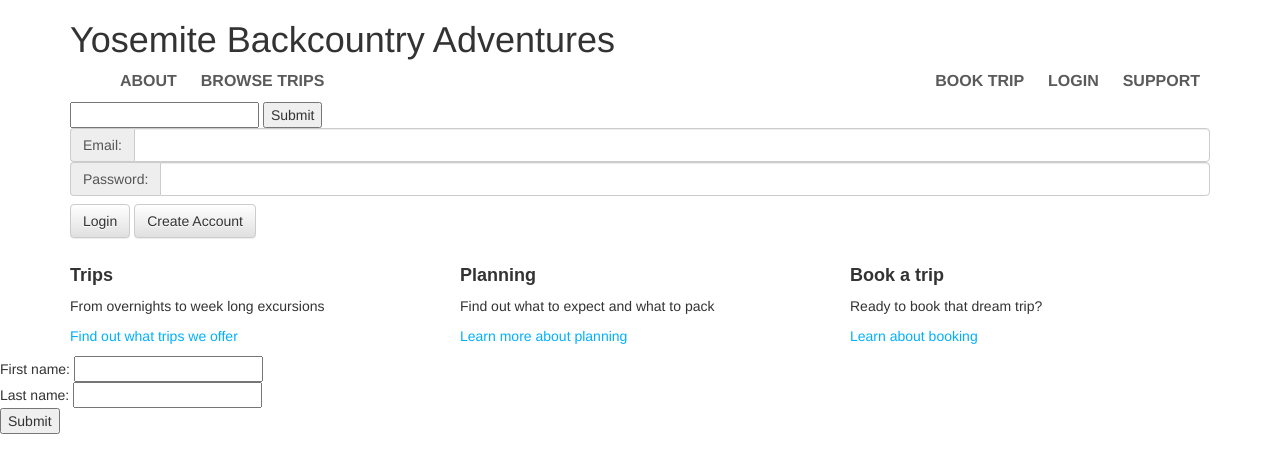
Repository: nageek17/eadventures
Page: http://localhost/login.php
The author's editor kept a record of every edit. The page is drawn from the files as they stood at one moment, then again after the next edit.
The browser window is 1280 px wide. The pictures show the whole page.
Some web libraries are served in a nearby version. The page is run by PHP 8.4 with error messages shown; the project is at /var/www/html/.

Above is the page before.
Console error (its wording comes from the project's code and is left out).

### login.php
<?php
    include ('header.php');
?>

    <div class="container">
        <form action= '' method="post" >
            <input type="text" name=""/>
            <input type="submit" value="Submit"/>
        </form>
        <div class="input-group">
            <span class="input-group-addon">Email:</span> <input class="form-control" type="text">
        </div>

        <div class="input-group">
            <span class="input-group-addon">Password:</span> <input class="form-control" type="text">
        </div>

        <button class="btn btn-default navbar-btn" type="submit">Login</button>
        <button class="btn btn-default navbar-btn" type="button">Create Account</button>
        </form>

    </div>


<?php
    include ('footer.php');
?>


<form action="demo_form.asp" method="get">
  First name: <input type="text" name="fname"><br>
  Last name: <input type="text" name="lname"><br>
  <input type="submit" value="Submit">
</form>

### header.php
<!DOCTYPE html>
<html>
  <head>


    <link rel="stylesheet" href="//netdna.bootstrapcdn.com/bootstrap/3.1.1/css/bootstrap.min.css">
    <link rel="stylesheet" href="//netdna.bootstrapcdn.com/bootstrap/3.1.1/css/bootstrap-theme.min.css">

    <link rel="stylesheet" href="css/main.css">

    <title>eAdventures</title>

  </head>

<body>
    <div class="nav">
      <div class="container">
        <h1 class='heading'>Yosemite Backcountry Adventures</h1>
        <ul class="pull-left" class="active">
          <li><a href="home.php">about</a></li>
          <li><a href="products.php">Browse Trips</a></li>
        </ul>
        <ul class="pull-right">
          <li><a href="booking.html">Book trip</a></li>
          <li><a href="login.html">Login</a></li>
          <li><a href="support.html">Support</a></li>
        </ul>
      </div>
    </div>

### footer.php


<div class="learn-more">
	  <div class="container">
		<div class='row'>
	      <div class='col-md-4'>
			<h3>Trips</h3>
			<p>From overnights to week long excursions</p>
			<p><a href="products.php">Find out what trips we offer</a></p>
	      </div>
		  <div class='col-md-4'>
			<h3>Planning</h3>
			<p>Find out what to expect and what to pack</p>
			<p><a href="faq.php">Learn more about planning</a></p>
		  </div>
		  <div class='col-md-4'>
			<h3>Book a trip</h3>
			<p>Ready to book that dream trip?</p>
			<p><a href="booking.php">Learn about booking</a></p>
		  </div>
	    </div>
	  </div>
	</div>
</div>


<script type="text/javascript" src="jcart/js/jquery-1.4.4.min.js"></script>
<script type="text/javascript" src="jcart/js/jcart.min.js"></script>
<script src="https://maxcdn.bootstrapcdn.com/bootstrap/3.2.0/js/bootstrap.min.js"></script>

</body>
</html>

### jcart/config-loader.php
<?php

// jCart v1.3
// http://conceptlogic.com/jcart/

// By default, this file returns the $config array for use with PHP scripts
// If requested via Ajax, the array is encoded as JSON and echoed out to the browser

// Don't edit here, edit config.php
include_once('config.php');

// Use default values for any settings that have been left empty
if (!$config['currencyCode']) $config['currencyCode']                     = 'USD';
if (!$config['text']['cartTitle']) $config['text']['cartTitle']           = 'Shopping Cart';
if (!$config['text']['singleItem']) $config['text']['singleItem']         = 'Item';
if (!$config['text']['multipleItems']) $config['text']['multipleItems']   = 'Items';
if (!$config['text']['subtotal']) $config['text']['subtotal']             = 'Subtotal';
if (!$config['text']['update']) $config['text']['update']                 = 'update';
if (!$config['text']['checkout']) $config['text']['checkout']             = 'checkout';
if (!$config['text']['checkoutPaypal']) $config['text']['checkoutPaypal'] = 'Checkout with PayPal';
if (!$config['text']['removeLink']) $config['text']['removeLink']         = 'remove';
if (!$config['text']['emptyButton']) $config['text']['emptyButton']       = 'empty';
if (!$config['text']['emptyMessage']) $config['text']['emptyMessage']     = 'Your cart is empty!';
if (!$config['text']['itemAdded']) $config['text']['itemAdded']           = 'Item added!';
if (!$config['text']['priceError']) $config['text']['priceError']         = 'Invalid price format!';
if (!$config['text']['quantityError']) $config['text']['quantityError']   = 'Item quantities must be whole numbers!';
if (!$config['text']['checkoutError']) $config['text']['checkoutError']   = 'Your order could not be processed!';

if ($_GET['ajax'] == 'true') {
	header('Content-type: application/json; charset=utf-8');
	echo json_encode($config);
}
?>

### jcart/config.php
<?php

// jCart v1.3
// http://conceptlogic.com/jcart/

// Do NOT store any sensitive info in this file!!!
// It's loaded into the browser as plain text via Ajax


////////////////////////////////////////////////////////////////////////////////
// REQUIRED SETTINGS

// Path to your jcart files
$config['jcartPath']              = 'jcart/';

// Path to your checkout page
$config['checkoutPath']           = 'checkout.php';

// The HTML name attributes used in your item forms
$config['item']['id']             = 'my-item-id';    // Item id
$config['item']['name']           = 'my-item-name';    // Item name
$config['item']['price']          = 'my-item-price';    // Item price
$config['item']['qty']            = 'my-item-qty';    // Item quantity
$config['item']['url']            = 'my-item-url';    // Item URL (optional)
$config['item']['add']            = 'my-add-button';    // Add to cart button

// Your PayPal secure merchant ID
// Found here: https://www.paypal.com/webapps/customerprofile/summary.view
$config['paypal']['id']           = 'seller_1282188508_biz@conceptlogic.com';

////////////////////////////////////////////////////////////////////////////////
// OPTIONAL SETTINGS

// Three-letter currency code, defaults to USD if empty
// See available options here: http://j.mp/agNsTx
$config['currencyCode']           = '';

// Add a unique token to form posts to prevent CSRF exploits
// Learn more: http://conceptlogic.com/jcart/security.php
$config['csrfToken']              = false;

// Override default cart text
$config['text']['cartTitle']      = '';    // Shopping Cart
$config['text']['singleItem']     = '';    // Item
$config['text']['multipleItems']  = '';    // Items
$config['text']['subtotal']       = '';    // Subtotal
$config['text']['update']         = '';    // update
$config['text']['checkout']       = '';    // checkout
$config['text']['checkoutPaypal'] = '';    // Checkout with PayPal
$config['text']['removeLink']     = '';    // remove
$config['text']['emptyButton']    = '';    // empty
$config['text']['emptyMessage']   = '';    // Your cart is empty!
$config['text']['itemAdded']      = '';    // Item added!
$config['text']['priceError']     = '';    // Invalid price format!
$config['text']['quantityError']  = '';    // Item quantities must be whole numbers!
$config['text']['checkoutError']  = '';    // Your order could not be processed!

// Override the default buttons by entering paths to your button images
$config['button']['checkout']     = '';
$config['button']['paypal']       = '';
$config['button']['update']       = '';
$config['button']['empty']        = '';


////////////////////////////////////////////////////////////////////////////////
// ADVANCED SETTINGS

// Display tooltip after the visitor adds an item to their cart?
$config['tooltip']                = true;

// Allow decimals in item quantities?
$config['decimalQtys']            = false;

// How many decimal places are allowed?
$config['decimalPlaces']          = 1;

// Number format for prices, see: http://php.net/manual/en/function.number-format.php
$config['priceFormat']            = array('decimals' => 2, 'dec_point' => '.', 'thousands_sep' => ',');

// Send visitor to PayPal via HTTPS?
$config['paypal']['https']        = true;

// Use PayPal sandbox?
$config['paypal']['sandbox']      = false;

// The URL a visitor is returned to after completing their PayPal transaction
$config['paypal']['returnUrl']    = '';

// The URL of your PayPal IPN script
$config['paypal']['notifyUrl']    = '';

?>

### css/main.css
.home .heading {
  font-family: 'Shift', sans-serif;
  font-weight: bold;
}

.neighborhood-guides {
    background-color: #efefef;
    border-bottom: 1px solid #dbdbdb;
}

.neighborhood-guides h2{
    color: #393c3d;
    font-size: 24px;
}

.neighborhood-guides p {
    font-size: 15px;
    margin-bottom: 13px;
}

.nav a {
  color: #5a5a5a;
  font-size: 16px;
  font-weight: bold;
  padding: 14px 10px;
  text-transform: uppercase;
}

.nav li {
  display: inline;
}

.home .jumbotron {
  background-image:url('http://www.essenceinphotography.com/wp-content/uploads/2012/02/Yosemite-Valley-from-Glacier-Point.jpg');
  height: 500px;
}

.home .jumbotron .container {
  position: relative;
  top:100px;
}

.home .jumbotron h1 {
  color: #fff;
  font-size: 48px;
  font-family: 'Shift', sans-serif;
  font-weight: bold;
}

.home .jumbotron p {
  font-size: 20px;
  color: #fff;
}

.home .learn-more {
  background-color: #f7f7f7;
}

.learn-more h3 {
  font-family: 'Shift', sans-serif;
  font-size: 18px;
  font-weight: bold;
}

.learn-more a {
  color: #00b0ff;
}

.trips .jumbotron {
  background-color: #f7f7f7;

}

/*  products css page */
.trips .jumbotron p{
  font-size: 15px;

}

.trips .container{
        border-top-style: solid;
        border-top-color: #778899;

}

.trips .thumbnail {
  margin-top: 20px;
}

### jcart/js/jcart.min.js
// jCart v1.3
// http://conceptlogic.com/jcart/
$(function(){var a=(function(){var k="jcart",b=$("#jcart"),e=$("[name=jcartToken]").val(),i=$("#jcart-tooltip");var d=(function(){var l=null;$.ajax({url:k+"/config-loader.php",data:{ajax:"true"},dataType:"json",async:false,success:function(m){l=m},error:function(){alert("Ajax error: Edit the path in jcart.js to fix.")}});return l}());var f=(function(){if(d.tooltip===true){i.text(d.text.itemAdded);$(".jcart [type=submit]").mouseenter(function(m){var l=m.pageY+25,n=m.pageX+-10;$("body").append(i);i.css({top:n+"px",left:l+"px"})}).mousemove(function(m){var n=m.pageY+25,l=m.pageX+-10;i.css({top:n+"px",left:l+"px"})}).mouseleave(function(){i.hide()})}$("#jcart-buttons").remove();$.ajaxSetup({type:"POST",url:k+"/relay.php",success:function(l){b.html(l);$("#jcart-buttons").remove()},error:function(n,p){var o=n.status,l="Ajax error: ";if(o===0){l+="Check your network connection."}if(o===404||o===500){l+=o}if(p==="parsererror"||p==="timeout"){l+=p}alert(l)}})}());var c=$("#jcart-is-checkout").val();function j(n){var m=n.find("[name="+d.item.qty+"]"),l=n.find("[name="+d.item.add+"]");$.ajax({data:n.serialize()+"&"+d.item.add+"="+l.val(),success:function(o){if(m.val()>0&&i.css("display")==="none"){i.fadeIn("100").delay("400").fadeOut("100")}b.html(o);$("#jcart-buttons").remove()}})}function g(l){var o=l.parent().find('[name="jcartItemId[]"]').val();var n=l.val();if(n){var m=window.setTimeout(function(){$.ajax({data:{jcartUpdate:1,itemId:o,itemQty:n,jcartIsCheckout:c,jcartToken:e}})},1000)}l.keydown(function(p){if(p.which!==9){window.clearTimeout(m)}})}function h(m){var n=m.attr("href");n=n.split("=");var l=n[1];$.ajax({type:"GET",data:{jcartRemove:l,jcartIsCheckout:c}})}$(".jcart").submit(function(l){j($(this));l.preventDefault()});b.keydown(function(l){if(l.which===13){l.preventDefault()}});b.delegate('[name="jcartItemQty[]"]',"keyup",function(){g($(this))});b.delegate(".jcart-remove","click",function(l){h($(this));l.preventDefault()})}())});

Loaded but not shown: jcart/js/jquery-1.4.4.min.js (library)

After the next edit:
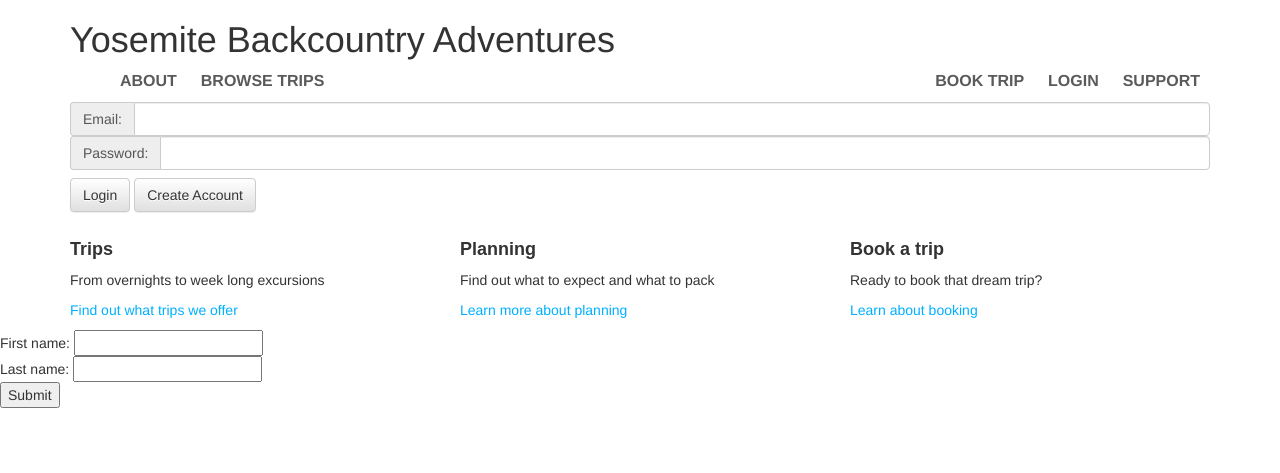
The edit:
--- a/login.php
+++ b/login.php
@@ -4,9 +4,7 @@
 
     <div class="container">
         <form action= '' method="post" >
-            <input type="text" name=""/>
-            <input type="submit" value="Submit"/>
-        </form>
+
         <div class="input-group">
             <span class="input-group-addon">Email:</span> <input class="form-control" type="text">
         </div>
